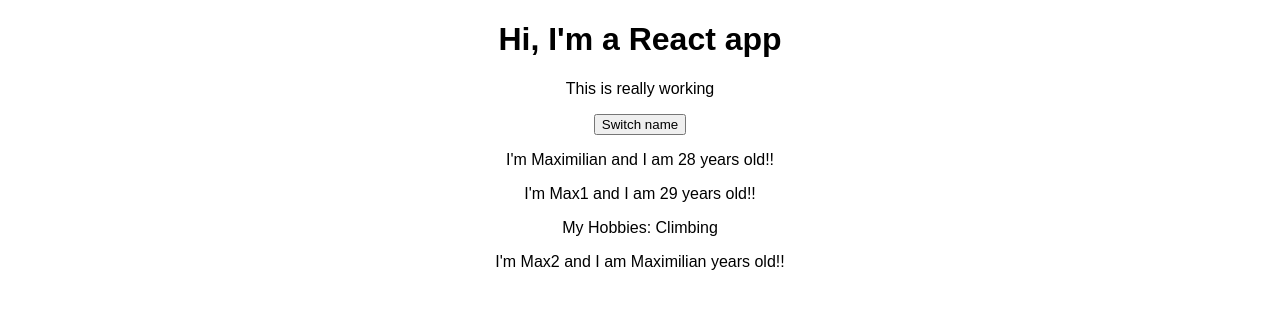
Repository: cristinadoroftei/FirstReactProject
Page: /
An editor plug-in stored every save of this project. The page is shown before and after the next save, followed by the edit.
The browser window is 1280 px wide. The pictures show the whole page.
The project was rebuilt for these pictures with package versions that can differ from the ones it lists, and the page was loaded fresh each time.

Above is the page before, as saved 2020-07-08 09:58:18.

### src/App.js
//import React which is responsible for rendering things in the DOM and Component to extend the Component class
import React, { Component } from 'react';
import './App.css';
import Person from './Person/Person.js'


class App extends Component {
  state = {
    persons: [
      {name: 'Maximilian', age:28},
      {name: 'Max1', age:29},
      {name: 'Max2', age:29}
    ]
  }
  render() {
    return (
      <div className="App">
        <h1>Hi, I'm a React app</h1>
        <p>This is really working</p>
        <button>Switch name</button>
        <Person name= {this.state.persons[0].name} age={this.state.persons[0].age}/>
        <Person name= {this.state.persons[1].name} age={this.state.persons[1].age}>My Hobbies: Climbing</Person>
        <Person name= {this.state.persons[2].name} age={this.state.persons[0].name}/>
      </div>
    );
    // return React.createElement('div', null, React.createElement('h1', {className: 'App'}, 'Hi, Im a react app!') )
  }
}

export default App;

### src/Person/Person.js
import React from 'react';


const person = (props) => {
    return (
        <div>
            <p>I'm {props.name}  and I am {props.age} years old!!</p>
            <p>{props.children}</p>
        </div>

    )
};


export default person;

Loaded but not shown: public/index.html (common file); src/index.js (common file); src/index.css (common file); src/registerServiceWorker.js (common file); src/App.css (common file)

After the next save:
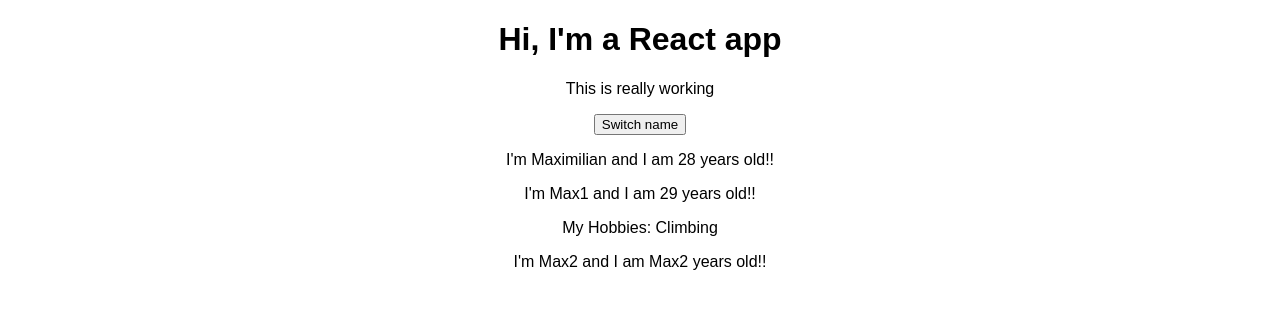
Saved 28 s later.
--- a/src/App.js
+++ b/src/App.js
@@ -20,7 +20,7 @@ class App extends Component {
         <button>Switch name</button>
         <Person name= {this.state.persons[0].name} age={this.state.persons[0].age}/>
         <Person name= {this.state.persons[1].name} age={this.state.persons[1].age}>My Hobbies: Climbing</Person>
-        <Person name= {this.state.persons[2].name} age={this.state.persons[0].name}/>
+        <Person name= {this.state.persons[2].name} age={this.state.persons[2].name}/>
       </div>
     );
     // return React.createElement('div', null, React.createElement('h1', {className: 'App'}, 'Hi, Im a react app!') )
